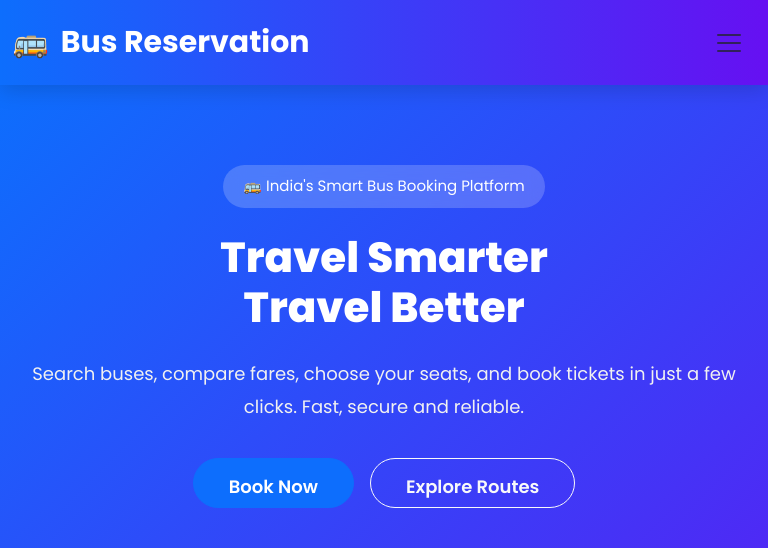
Repository: Eswarabhinay06/Bus-Reservation-System
Page: / (app in AIML-09-Bus-Reservation-System-main/bus-reservation-frontend/)
An editor plug-in stored every save of this project. The page is shown before and after the next save, followed by the edit.
The browser window is 768 px wide. The pictures show the part of the page from y = 0 to 548 px (the page is 2061 px tall before and 2023 px after).
Pictures or frames that could not be fetched are drawn as grey boxes. The page's requests for data from a server got no answer. The project was rebuilt for these pictures with package versions that can differ from the ones it lists, and the page was loaded fresh each time. No one was signed in, and anything a server would have sent is missing. Also part of the build but not shown: AIML-09-Bus-Reservation-System-main/bus-reservation-frontend/vite.config.js, AIML-09-Bus-Reservation-System-main/bus-reservation-frontend/src/styles/BusCard.css, AIML-09-Bus-Reservation-System-main/bus-reservation-frontend/src/components/BusCard.jsx, AIML-09-Bus-Reservation-System-main/bus-reservation-frontend/src/styles/SeatSelection.css, AIML-09-Bus-Reservation-System-main/bus-reservation-frontend/src/components/SeatSelection.jsx, AIML-09-Bus-Reservation-System-main/bus-reservation-frontend/src/styles/Register.css, AIML-09-Bus-Reservation-System-main/bus-reservation-frontend/src/pages/Register.jsx, AIML-09-Bus-Reservation-System-main/bus-reservation-frontend/src/pages/Login.jsx and 4 more.

Above is the page before, as saved 2026-07-14 10:54:23.

### AIML-09-Bus-Reservation-System-main/bus-reservation-frontend/index.html
<!doctype html>
<html lang="en">

<head>

  <meta charset="UTF-8" />

  <meta
    name="viewport"
    content="width=device-width, initial-scale=1.0"
  />

  <title>Bus Reservation System</title>

  <meta
    name="description"
    content="Online Bus Reservation System"
  />

  <link
    rel="preconnect"
    href="https://fonts.googleapis.com"
  />

  <link
    rel="preconnect"
    href="https://fonts.gstatic.com"
    crossorigin
  />

  <link
    href="https://fonts.googleapis.com/css2?family=Poppins:wght@300;400;500;600;700;800&display=swap"
    rel="stylesheet"
  />

</head>

<body>

  <div id="root"></div>

  <script
    type="module"
    src="/src/main.jsx"
  ></script>

</body>

</html>

### AIML-09-Bus-Reservation-System-main/bus-reservation-frontend/src/main.jsx
import { StrictMode } from 'react'
import { createRoot } from 'react-dom/client'
import 'bootstrap/dist/css/bootstrap.min.css'   // Add this line
import './index.css'
import App from './App.jsx'
import "bootstrap-icons/font/bootstrap-icons.css";

createRoot(document.getElementById('root')).render(
  <StrictMode>
    <App />
  </StrictMode>,
)

### AIML-09-Bus-Reservation-System-main/bus-reservation-frontend/src/index.css
* {
  margin: 0;
  padding: 0;
  box-sizing: border-box;
  font-family: "Poppins", sans-serif;
}

body {
  background: #f5f7fb;
  overflow-x: hidden;
  color: #333;
}

a {
  text-decoration: none;
}

button {
  cursor: pointer;
}

img {
  max-width: 100%;
}

.container {
  max-width: 1200px;
}

### AIML-09-Bus-Reservation-System-main/bus-reservation-frontend/src/App.jsx
import { BrowserRouter, Routes, Route } from "react-router-dom";

import Navbar from "./components/Navbar";
import Footer from "./components/Footer";
import SearchBus from "./pages/SearchBus";
import Register from "./pages/Register";
import Login from "./pages/Login";
import MyBookings from "./pages/MyBookings";
import AddBus from "./pages/AddBus";

function App() {
  return (
    <BrowserRouter>

      <Navbar />

      <Routes>

        <Route path="/" element={<SearchBus />} />

        <Route
          path="/register"
          element={<Register />}
        />

        <Route
          path="/login"
          element={<Login />}
        />

        <Route
          path="/my-bookings"
          element={<MyBookings />}
        />

        <Route
          path="/add-bus"
          element={<AddBus />}
        />

      </Routes>

      <Footer />

    </BrowserRouter>
  );
}

export default App;

### AIML-09-Bus-Reservation-System-main/bus-reservation-frontend/src/components/Navbar.jsx
import { Link, useNavigate } from "react-router-dom";
import "../styles/Navbar.css";

function Navbar() {
  const navigate = useNavigate();
  const user = JSON.parse(localStorage.getItem("user"));

  const logout = () => {
    localStorage.removeItem("user");
    alert("Logged out Successfully!");
    navigate("/login");
  };

  return (
    <nav className="navbar navbar-expand-lg custom-navbar sticky-top">

      <div className="container">

        {/* Logo */}
        <Link className="navbar-brand" to="/">
          🚌 <span>Bus Reservation</span>
        </Link>

        {/* Mobile Toggle */}
        <button
          className="navbar-toggler"
          type="button"
          data-bs-toggle="collapse"
          data-bs-target="#navbarNav"
        >
          <span className="navbar-toggler-icon"></span>
        </button>

        {/* Menu */}
        <div className="collapse navbar-collapse" id="navbarNav">

          <ul className="navbar-nav ms-auto align-items-lg-center">

            <li className="nav-item">
              <Link className="nav-link" to="/">
                Home
              </Link>
            </li>

            {!user ? (
              <>
                <li className="nav-item">
                  <Link className="nav-link" to="/register">
                    Register
                  </Link>
                </li>

                <li className="nav-item">
                  <Link className="btn btn-light login-btn ms-lg-3" to="/login">
                    Login
                  </Link>
                </li>
              </>
            ) : (
              <>
                <li className="nav-item">
                  <Link className="nav-link" to="/my-bookings">
                    My Bookings
                  </Link>
                </li>

                <li className="nav-item">
                  <Link className="nav-link" to="/add-bus">
                    Add Bus
                  </Link>
                </li>

                <li className="nav-item">
                  <span className="welcome-text">
                    👋 {user.name}
                  </span>
                </li>

                <li className="nav-item">
                  <button
                    className="btn btn-danger logout-btn ms-lg-3"
                    onClick={logout}
                  >
                    Logout
                  </button>
                </li>
              </>
            )}

          </ul>

        </div>

      </div>

    </nav>
  );
}

export default Navbar;

### AIML-09-Bus-Reservation-System-main/bus-reservation-frontend/src/components/Footer.jsx
import "../styles/Footer.css";

function Footer() {
  return (
    <footer className="footer">

      <div className="container">

        <div className="row">

          {/* About */}
          <div className="col-md-4 mb-4">
            <h4>🚌 Bus Reservation</h4>
            <p>
              Book your journey quickly and securely.
              Travel comfortably across cities with
              real-time seat availability.
            </p>
          </div>

          {/* Quick Links */}
          <div className="col-md-4 mb-4">
            <h4>Quick Links</h4>

            <ul className="footer-links">
              <li>Home</li>
              <li>Search Bus</li>
              <li>My Bookings</li>
              <li>Login</li>
            </ul>
          </div>

          {/* Contact */}
          <div className="col-md-4 mb-4">
            <h4>Contact</h4>

            <p>📧 indranil@gmail.com</p>
            <p>📞 +91 9876543210</p>
            <p>📍 Hyderabad, India</p>
          </div>

        </div>

        <hr />

        <div className="text-center">
          © 2026 Bus Reservation System | Developed by <b>Indranil</b>
        </div>

      </div>

    </footer>
  );
}

export default Footer;

### AIML-09-Bus-Reservation-System-main/bus-reservation-frontend/src/pages/SearchBus.jsx
import { useEffect, useState } from "react";
import api from "../services/api";

import Hero from "../components/Hero";
import SearchBar from "../components/SearchBar";
import BusCard from "../components/BusCard";
import SeatSelection from "../components/SeatSelection";

function SearchBus() {
  const [buses, setBuses] = useState([]);
  const [filteredBuses, setFilteredBuses] = useState([]);
  const [selectedBus, setSelectedBus] = useState(null);

  // Fetch all buses
  const fetchBuses = async () => {
    try {
      const response = await api.get("/buses");
      setBuses(response.data);
      setFilteredBuses(response.data);
    } catch (error) {
      console.error(error);
      alert("Unable to fetch buses");
    }
  };

  useEffect(() => {
    fetchBuses();
  }, []);

  // Search buses
  const searchBus = (source, destination) => {
    if (!source && !destination) {
      setFilteredBuses(buses);
      return;
    }

    const result = buses.filter(
      (bus) =>
        bus.source.toLowerCase().includes(source.toLowerCase()) &&
        bus.destination.toLowerCase().includes(destination.toLowerCase())
    );

    setFilteredBuses(result);
  };

  // Book ticket
  const bookTicket = async (seatCount) => {
    const user = JSON.parse(localStorage.getItem("user"));

    if (!user) {
      alert("Please Login First");
      return;
    }

    try {
      await api.post("/bookings", {
        userId: user.id,
        busId: selectedBus.id,
        seatCount: seatCount,
      });

      alert("Ticket Booked Successfully!");

      setSelectedBus(null);

      fetchBuses();
    } catch (error) {
      console.error(error);
      alert("Booking Failed");
    }
  };

  return (
    <>
      {/* Hero Section */}
      <Hero />

      <div className="container py-5">

        {/* Search Bar */}
        <SearchBar onSearch={searchBus} />

        <h2 className="text-center fw-bold mt-5 mb-4">
          Available Buses
        </h2>

        <div className="row">

          {filteredBuses.length === 0 ? (
            <div className="text-center mt-5">
              <h3>No buses found.</h3>
            </div>
          ) : (
            filteredBuses.map((bus) => (
              <BusCard
                key={bus.id}
                bus={bus}
                onBook={() => setSelectedBus(bus)}
              />
            ))
          )}

        </div>

        {selectedBus && (
          <div className="mt-5">
            <SeatSelection
              availableSeats={selectedBus.availableSeats}
              onConfirm={bookTicket}
            />
          </div>
        )}

      </div>
    </>
  );
}

export default SearchBus;

### AIML-09-Bus-Reservation-System-main/bus-reservation-frontend/src/styles/Navbar.css
.custom-navbar{
    background:linear-gradient(90deg,#0d6efd,#6610f2);
    padding:15px 0;
    box-shadow:0 5px 20px rgba(0,0,0,.15);
}

.navbar-brand{
    color:white !important;
    font-size:30px;
    font-weight:700;
    text-decoration:none;
}

.navbar-brand span{
    margin-left:5px;
}

.nav-link{
    color:white !important;
    font-size:17px;
    font-weight:500;
    margin-left:20px;
    transition:.3s;
}

.nav-link:hover{
    color:#ffd43b !important;
}

.login-btn{
    border-radius:30px;
    padding:10px 22px;
    font-weight:600;
}

.logout-btn{
    border-radius:30px;
    padding:10px 20px;
}

.welcome-text{
    color:#ffd43b;
    font-weight:bold;
    margin-left:20px;
}

.navbar-toggler{
    border:none;
}

.navbar-toggler:focus{
    box-shadow:none;
}

@media(max-width:992px){

.nav-link{
    margin-left:0;
    margin-top:10px;
}

.login-btn,
.logout-btn{
    margin-top:15px;
    width:100%;
}

.welcome-text{
    margin:15px 0;
    display:block;
}

}

### AIML-09-Bus-Reservation-System-main/bus-reservation-frontend/src/styles/Footer.css
.footer{
    background:#0f172a;
    color:white;
    padding:50px 0 20px;
    margin-top:80px;
}

.footer h4{
    margin-bottom:20px;
    color:#4dabf7;
    font-weight:bold;
}

.footer p{
    color:#d1d5db;
    line-height:1.8;
}

.footer-links{
    list-style:none;
    padding:0;
}

.footer-links li{
    margin-bottom:12px;
    cursor:pointer;
    transition:.3s;
}

.footer-links li:hover{
    color:#4dabf7;
    transform:translateX(5px);
}

.footer hr{
    border-color:#334155;
    margin:30px 0;
}

### AIML-09-Bus-Reservation-System-main/bus-reservation-frontend/src/services/api.js
import axios from "axios";

const api = axios.create({
  baseURL: "http://localhost:9090/api",
});

export default api;

### AIML-09-Bus-Reservation-System-main/bus-reservation-frontend/src/components/Hero.jsx
import "../styles/Hero.css";

function Hero() {
  return (
    <section className="hero">

      <div className="hero-overlay">

        <div className="container">

          <div className="row align-items-center">

            {/* Left Content */}
            <div className="col-lg-6">

              <span className="hero-badge">
                🚌 India's Smart Bus Booking Platform
              </span>

              <h1 className="hero-title">
                Travel Smarter
                <br />
                Travel Better
              </h1>

              <p className="hero-text">
                Search buses, compare fares, choose your seats,
                and book tickets in just a few clicks.
                Fast, secure and reliable.
              </p>

              <div className="hero-buttons">

                <button className="btn btn-primary btn-lg me-3">
                  Book Now
                </button>

                <button className="btn btn-outline-light btn-lg">
                  Explore Routes
                </button>

              </div>

            </div>

            {/* Right Image */}
            <div className="col-lg-6 text-center">

              <img
                src="https://cdn-icons-png.flaticon.com/512/741/741407.png"
                alt="Bus"
                className="hero-image"
              />

            </div>

          </div>

        </div>

      </div>

    </section>
  );
}

export default Hero;

### AIML-09-Bus-Reservation-System-main/bus-reservation-frontend/src/components/SearchBar.jsx
import { useState } from "react";
import "../styles/SearchBar.css";

function SearchBar({ onSearch }) {
  const [source, setSource] = useState("");
  const [destination, setDestination] = useState("");
  const [date, setDate] = useState("");

  const handleSearch = () => {
    onSearch(source, destination);
  };

  const handleReset = () => {
    setSource("");
    setDestination("");
    setDate("");
    onSearch("", "");
  };

  return (
    <div className="search-card">

      <h2 className="search-title">
        🔍 Find Your Bus
      </h2>

      <div className="row g-3">

        <div className="col-lg-3 col-md-6">
          <label className="form-label">From</label>

          <input
            type="text"
            className="form-control"
            placeholder="Enter Source"
            value={source}
            onChange={(e) => setSource(e.target.value)}
          />
        </div>

        <div className="col-lg-3 col-md-6">
          <label className="form-label">To</label>

          <input
            type="text"
            className="form-control"
            placeholder="Enter Destination"
            value={destination}
            onChange={(e) => setDestination(e.target.value)}
          />
        </div>

        <div className="col-lg-3 col-md-6">
          <label className="form-label">Journey Date</label>

          <input
            type="date"
            className="form-control"
            value={date}
            onChange={(e) => setDate(e.target.value)}
          />
        </div>

        <div className="col-lg-3 col-md-6 d-flex align-items-end">

          <button
            className="btn btn-primary me-2 flex-fill"
            onClick={handleSearch}
          >
            Search
          </button>

          <button
            className="btn btn-outline-secondary flex-fill"
            onClick={handleReset}
          >
            Reset
          </button>

        </div>

      </div>

    </div>
  );
}

export default SearchBar;

### AIML-09-Bus-Reservation-System-main/bus-reservation-frontend/src/styles/Login.css
.login-page{

    min-height:100vh;
    display:flex;
    justify-content:center;
    align-items:center;
    background:linear-gradient(135deg,#0d6efd,#6610f2);

}

.login-card{

    background:white;
    width:420px;
    padding:40px;
    border-radius:20px;
    box-shadow:0 15px 35px rgba(0,0,0,.25);

}

.login-card h2{

    text-align:center;
    color:#0d6efd;
    font-weight:bold;

}

.login-card h4{

    text-align:center;
    margin-bottom:30px;

}

.login-card label{

    font-weight:600;
    margin-bottom:8px;

}

.login-card .form-control{

    height:50px;
    border-radius:12px;

}

.login-card .form-control:focus{

    border:2px solid #0d6efd;
    box-shadow:none;

}

.login-btn{

    width:100%;
    height:50px;
    border-radius:12px;
    font-size:18px;
    font-weight:bold;
    margin-top:10px;

}

.register-link{

    text-align:center;

}

.register-link a{

    text-decoration:none;
    font-weight:bold;
    margin-left:5px;

}

.register-link a:hover{

    text-decoration:underline;

}

### AIML-09-Bus-Reservation-System-main/bus-reservation-frontend/src/styles/Hero.css
.hero{
    min-height:90vh;
    background:linear-gradient(135deg,#0d6efd,#6610f2);
    display:flex;
    align-items:center;
    color:white;
    position:relative;
    overflow:hidden;
}

.hero-overlay{
    width:100%;
    padding:80px 0;
}

.hero-badge{
    display:inline-block;
    background:rgba(255,255,255,.2);
    padding:10px 20px;
    border-radius:30px;
    font-size:15px;
    margin-bottom:25px;
    backdrop-filter:blur(10px);
}

.hero-title{
    font-size:60px;
    font-weight:800;
    line-height:1.2;
    margin-bottom:25px;
}

.hero-text{
    font-size:20px;
    line-height:1.8;
    color:#f1f1f1;
    margin-bottom:35px;
}

.hero-buttons .btn{
    padding:14px 35px;
    border-radius:30px;
    font-size:18px;
    font-weight:600;
}

.hero-image{
    width:90%;
    max-width:500px;
    animation:floatBus 3s ease-in-out infinite;
}

@keyframes floatBus{

    0%{
        transform:translateY(0);
    }

    50%{
        transform:translateY(-20px);
    }

    100%{
        transform:translateY(0);
    }

}

@media(max-width:992px){

.hero{
    text-align:center;
}

.hero-title{
    font-size:42px;
}

.hero-text{
    font-size:18px;
}

.hero-image{
    margin-top:40px;
    width:80%;
}

}

### AIML-09-Bus-Reservation-System-main/bus-reservation-frontend/src/styles/SearchBar.css
.search-card{
    background:white;
    border-radius:20px;
    padding:30px;
    box-shadow:0 10px 30px rgba(0,0,0,.12);
    margin-top:-70px;
    position:relative;
    z-index:10;
}

.search-title{
    text-align:center;
    margin-bottom:30px;
    color:#0d6efd;
    font-weight:700;
}

.form-label{
    font-weight:600;
    margin-bottom:8px;
}

.form-control{
    height:50px;
    border-radius:12px;
    border:1px solid #ccc;
}

.form-control:focus{
    box-shadow:none;
    border:2px solid #0d6efd;
}

.btn{
    height:50px;
    border-radius:12px;
    font-weight:600;
}

@media(max-width:768px){

.search-card{
    margin-top:20px;
    padding:20px;
}

}

After the next save:
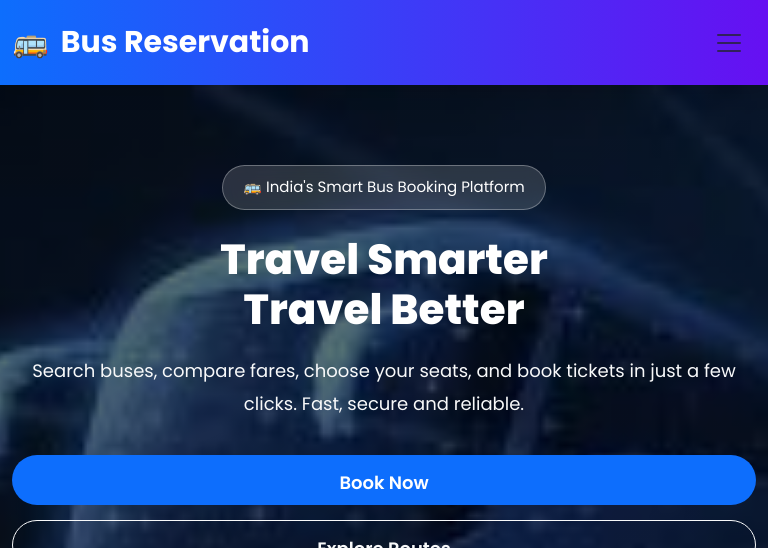
Saved 4 min 40 s later.
--- a/AIML-09-Bus-Reservation-System-main/bus-reservation-frontend/src/styles/Hero.css
+++ b/AIML-09-Bus-Reservation-System-main/bus-reservation-frontend/src/styles/Hero.css
@@ -1,8 +1,14 @@
 .hero{
     min-height:90vh;
-    background:linear-gradient(135deg,#0d6efd,#6610f2);
+    background:
+        linear-gradient(rgba(0,0,0,0.55), rgba(0,0,0,0.55)),
+        url("../assets/bus-banner.jpg");
+    background-size:cover;
+    background-position:center;
+    background-repeat:no-repeat;
     display:flex;
     align-items:center;
+    justify-content:center;
     color:white;
     position:relative;
     overflow:hidden;
@@ -15,25 +21,26 @@
 
 .hero-badge{
     display:inline-block;
-    background:rgba(255,255,255,.2);
+    background:rgba(255,255,255,.15);
     padding:10px 20px;
     border-radius:30px;
     font-size:15px;
     margin-bottom:25px;
-    backdrop-filter:blur(10px);
+    backdrop-filter:blur(8px);
+    border:1px solid rgba(255,255,255,.3);
 }
 
 .hero-title{
-    font-size:60px;
+    font-size:58px;
     font-weight:800;
     line-height:1.2;
-    margin-bottom:25px;
+    margin-bottom:20px;
 }
 
 .hero-text{
     font-size:20px;
+    color:#f8f9fa;
     line-height:1.8;
-    color:#f1f1f1;
     margin-bottom:35px;
 }
 
@@ -42,33 +49,23 @@
     border-radius:30px;
     font-size:18px;
     font-weight:600;
+    margin-right:15px;
 }
 
-.hero-image{
-    width:90%;
-    max-width:500px;
-    animation:floatBus 3s ease-in-out infinite;
+.hero-buttons .btn-primary{
+    background:#0d6efd;
+    border:none;
 }
 
-@keyframes floatBus{
-
-    0%{
-        transform:translateY(0);
-    }
-
-    50%{
-        transform:translateY(-20px);
-    }
-
-    100%{
-        transform:translateY(0);
-    }
-
+.hero-buttons .btn-light{
+    color:#0d6efd;
+    font-weight:bold;
 }
 
 @media(max-width:992px){
 
 .hero{
+    min-height:75vh;
     text-align:center;
 }
 
@@ -80,9 +77,10 @@
     font-size:18px;
 }
 
-.hero-image{
-    margin-top:40px;
-    width:80%;
+.hero-buttons .btn{
+    display:block;
+    width:100%;
+    margin-bottom:15px;
 }
 
 }
